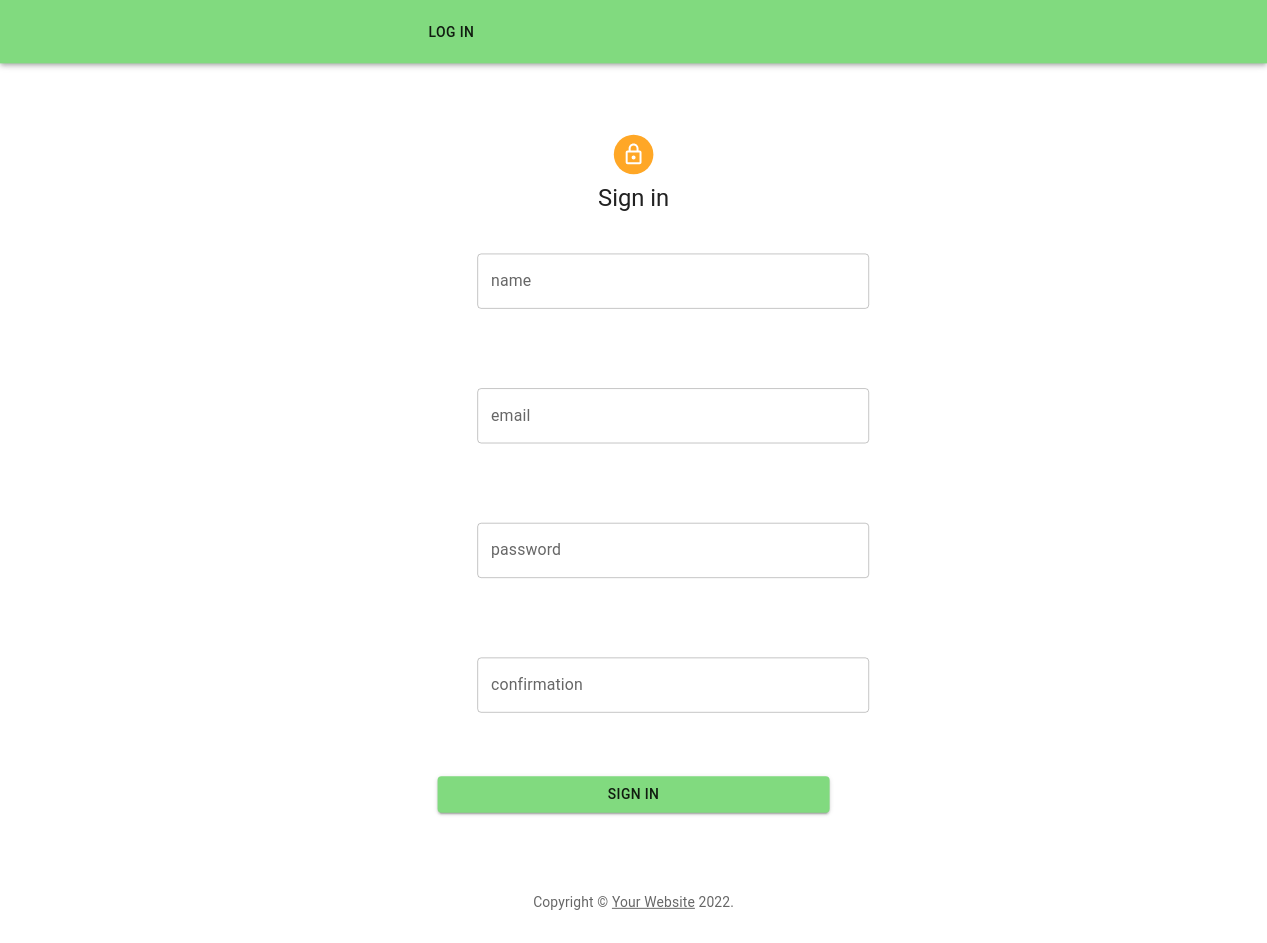
Repository: motohiro0410/motsufood
Page: /signin (app in frontend/)
The author's editor kept a copy of each file at every save. The page is drawn from the files as they stood at one save, then again after the next save.
The browser window is 1280 px wide. The pictures show the whole page, at 99% of full size.
The project was rebuilt for these pictures with package versions that can differ from the ones it lists, and the page was loaded fresh each time. Also part of the build but not shown: frontend/src/components/pages/Login.tsx, frontend/src/components/organisms/Footer.tsx, frontend/src/components/organisms/MainHeader.tsx, frontend/src/components/organisms/UserDetailModal.tsx, frontend/src/apis/useCreateCount.ts, frontend/src/components/pages/Count.tsx, frontend/src/components/pages/Money.tsx, frontend/src/components/organisms/GroupHeader.tsx and 8 more.

Above is the page before, as saved 2022-08-21 23:45:42.

### frontend/src/App.tsx
import { BrowserRouter } from "react-router-dom";

import { Router } from "./router/Router";
import { ThemeProvider } from '@mui/system';
import { theme } from './theme/theme';

import { AdapterDateFns } from '@mui/x-date-pickers/AdapterDateFns';
import { LocalizationProvider } from '@mui/x-date-pickers/LocalizationProvider';
import { HeaderProvider } from "./providers/HeaderProvider"

function App() {
  return (
    <LocalizationProvider dateAdapter={AdapterDateFns}>
      <ThemeProvider theme={theme}>
        <HeaderProvider>
          <BrowserRouter>
            <Router />
          </BrowserRouter>
        </HeaderProvider>
      </ThemeProvider>
    </LocalizationProvider>
  );
}

export default App;

### frontend/src/router/Router.tsx
import { FC, memo } from "react";
import { Switch, Route } from "react-router-dom";

import { Login } from "../components/pages/Login";
import { Count } from "../components/pages/Count";
import { Money } from "../components/pages/Money";
import { Users } from "../components/pages/Users";
import { SignIn } from "../components/pages/SignIn";
import { Page404 } from "../components/pages/Page404";
import { UserEdit } from "../components/pages/UserEdit"
import { InputFoodExpence } from "../components/pages/InputFoodExpence"

export const Router: FC = memo(() => {
  return (
    <Switch>
      <Route exact path="/">
        <Login />
      </Route>
      <Route path="/signin">
        <SignIn />
      </Route>
      <Route path="/users"
        render={({match})=>(
          <Switch>
            <Route exact path="/users" component={Users} />
            <Route path="/users/:id/edit" component={UserEdit} />
            <Route path="/users/:userId/count" component={Count} />
            <Route path="/users/:userId/money" component={Money} />
            <Route path="/users/:userId/input" component={InputFoodExpence} />
          </Switch>
        )}
      />
      <Route path="*">
        <Page404 />
      </Route>
    </Switch>
  )
})

### frontend/src/theme/theme.ts
import { createTheme } from "@mui/material"

export const theme = createTheme({
  palette: {
    primary: {
      main: "#81da7f"
    }
  }
});

### frontend/src/providers/HeaderProvider.tsx
import { createContext } from "react";

export const HeaderContext = createContext<Context[]>({} as Context[]);

export type Context = {
  title: string;
}

export const HeaderProvider = (props: any) => {
  const { children } = props;
  const contextName: Context[] = [
    {title: "ホーム"},
    {title: "食費入力"},
    {title: "支払い"},
    {title: "ユーザー編集"},
  ]



  return (
    <HeaderContext.Provider value={contextName}>
      {children}
    </HeaderContext.Provider>
  )
}

### frontend/src/components/pages/SignIn.tsx
import { useState } from 'react';

import Box from '@mui/material/Box';
import Button from '@mui/material/Button';
import Avatar from '@mui/material/Avatar';
import CssBaseline from '@mui/material/CssBaseline';
import Stack from '@mui/material/Stack';
import TextField from '@mui/material/TextField';
import Link from '@mui/material/Link';
import LockOutlinedIcon from '@mui/icons-material/LockOutlined';
import Typography from '@mui/material/Typography';
import Container from '@mui/material/Container';
import InputLabel from '@mui/material/InputLabel';
import FormControl from '@mui/material/FormControl';
import OutlinedInput from '@mui/material/OutlinedInput';
import InputAdornment from '@mui/material/InputAdornment';

import { SignInHeader } from '../organisms/SignInHeader';
import { useCreateUser } from '../../apis/useCreateUser';

function Copyright(props: any) {
  return (
    <Typography variant="body2" color="text.secondary" align="center" {...props}>
      {'Copyright © '}
      <Link color="inherit" href="https://mui.com/">
        Your Website
      </Link>{' '}
      {new Date().getFullYear()}
      {'.'}
    </Typography>
  );
}

export const SignIn = () => {

  // ヘッダーボタンの出しわけ
  const [login, setLogin] = useState(false);

  const { handleSubmit, createUser } = useCreateUser();

  return (
      <>
        <SignInHeader login={login}/>
        <Container component="main" maxWidth="xs">
          <CssBaseline />
          <Box
            sx={{
              marginTop: 8,
              display: 'flex',
              flexDirection: 'column',
              alignItems: 'center',
            }}
          >
            <Avatar sx={{ m: 1, bgcolor: '#ffa726' }}>
              <LockOutlinedIcon />
            </Avatar>
            <Typography component="h1" variant="h5">
              Sign in
            </Typography>
            <Stack component="form" width="100%" onSubmit={handleSubmit} noValidate >
              {/* <TextField
                margin="normal"
                required
                fullWidth
                id="name"
                label="name"
                name="name"
                autoComplete="name"
                autoFocus
              /> */}
              <FormControl fullWidth sx={{ m: 5 }}>
                <InputLabel htmlFor="outlined-adornment-amount">name</InputLabel>
                <OutlinedInput
                  id="outlined-adornment-amount"
                  label="name"
                  // value={}
                  // onChange={}
                  type="string"
                />
              </FormControl>
              <FormControl fullWidth sx={{ m: 5 }}>
                <InputLabel htmlFor="outlined-adornment-amount">email</InputLabel>
                <OutlinedInput
                  id="outlined-adornment-amount"
                  label="email"
                  // value={}
                  // onChange={}
                  type="string"
                />
              </FormControl>
              <FormControl fullWidth sx={{ m: 5 }}>
                <InputLabel htmlFor="outlined-adornment-amount">password</InputLabel>
                <OutlinedInput
                  id="outlined-adornment-amount"
                  label="password"
                  // value={}
                  // onChange={}
                  type="string"
                />
              </FormControl>
              <FormControl fullWidth sx={{ m: 5 }}>
                <InputLabel htmlFor="outlined-adornment-amount">confirmation</InputLabel>
                <OutlinedInput
                  id="outlined-adornment-amount"
                  label="confirmation"
                  // value={}
                  // onChange={}
                  type="string"
                />
              </FormControl>
              <Button
                type="submit"
                fullWidth
                variant="contained"
                sx={{ mt: 3, mb: 2 }}
                onClick={createUser}
              >
                sign In
              </Button>
            </Stack>
          </Box>
          <Copyright sx={{ mt: 8, mb: 4 }} />
        </Container>
     </>
  );
}

### frontend/src/components/organisms/SignInHeader.tsx
import { FC } from "react";
import {useHistory} from "react-router-dom";

import AppBar from '@mui/material/AppBar';
import Box from '@mui/material/Box';
import Toolbar from '@mui/material/Toolbar';
import Button from '@mui/material/Button';

type Props = {
  login: boolean;
}

export const SignInHeader: FC<Props> = (props) => {

  const history = useHistory();
  const onClickSignIn = () => history.push("/signin")
  const onClickLogIn = () => history.push("/")

  const { login } = props;

  return login?(
    <Box>
      <AppBar position="static" >
        <Toolbar sx={{ ml: 50 }}>
          <Button variant="text" color="inherit" onClick={onClickSignIn}>Sign in</Button>
        </Toolbar>
      </AppBar>
    </Box>
  ) : (
    <Box>
      <AppBar position="static" >
       <Toolbar sx={{ ml: 50 }}>
         <Button variant="text" color="inherit" onClick={onClickLogIn}>Log in</Button>
        </Toolbar>
      </AppBar>
    </Box>
  )
}

### frontend/src/apis/useCreateUser.tsx
import axios from 'axios';
import { useCallback, useState } from 'react';
import { useHistory } from 'react-router-dom';

import { userCreate } from '../urls/Url'
import { User } from '../types/Types'


export const useCreateUser = () => {

  const [data, setData] = useState({});

  const handleSubmit = (event: React.FormEvent<HTMLFormElement>) => {
    event.preventDefault();
    const data = new FormData(event.currentTarget);
    console.log (data)
    setData(data);
    // console.log({
    //   email: data.get('email'),
    //   password: data.get('password'),
    // })
  };

  const [loading, setLoading] = useState(false)
  const [user, setUser] = useState<User>({} as User)

  const history = useHistory();

  const createUser = useCallback(() => {
    setLoading(true)
    axios.post<User>(userCreate)
      .then(res => {
        console.log(res.data)
        // setUser(res.data)
        history.push("/users")
      })
      // 本来はバリデーションエラーメッセージなどを表示
      .catch((e) => alert("ユーザー作成に失敗しました")
      )
      .finally(() => setLoading(false))
    }, []);

    return { handleSubmit, createUser, setLoading, loading, user }
}

### frontend/src/urls/Url.ts
export const DEFAULT_API_LOCALHOST = 'http://localhost:3000/api/v1'

export const usersIndex = `${DEFAULT_API_LOCALHOST}/users`
export const userEdit = (id: string) => `${DEFAULT_API_LOCALHOST}/users/${id}/edit`
export const userDestroy = (id: string) => `${DEFAULT_API_LOCALHOST}/users/${id}`
export const userCreate = `${DEFAULT_API_LOCALHOST}/users`
export const userUpdate = (id: string) => `${DEFAULT_API_LOCALHOST}/users/${id}`
export const moneyCreate = (userId: number) => `${DEFAULT_API_LOCALHOST}/users/${userId}/money`
export const notEatingCountCreate = (userId: number) => `${DEFAULT_API_LOCALHOST}/users/${userId}/count`
export const inputCreate = (userId: number) => `${DEFAULT_API_LOCALHOST}/users/${userId}/input`

Loaded but not shown: frontend/public/index.html (common file); frontend/src/index.tsx (common file); frontend/src/index.css (common file); frontend/src/reportWebVitals.ts (common file)

After the next save:
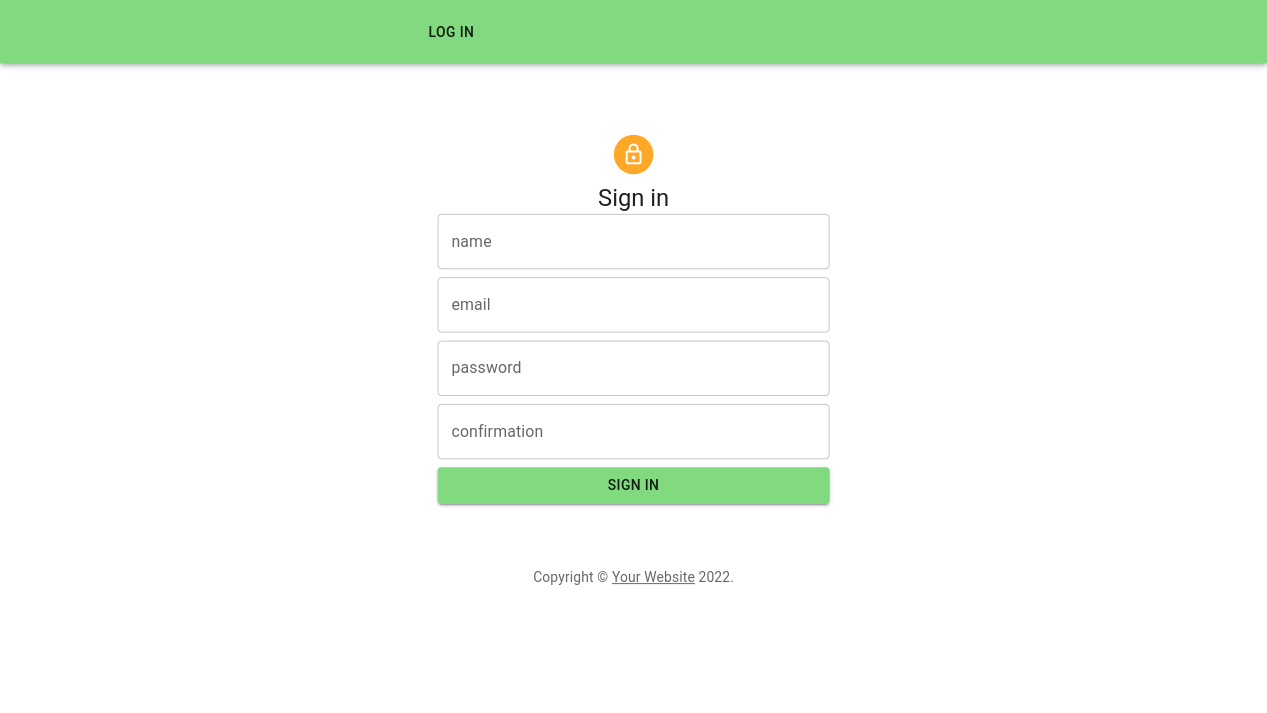
Saved 17 s later.
--- a/frontend/src/components/pages/SignIn.tsx
+++ b/frontend/src/components/pages/SignIn.tsx
@@ -57,7 +57,7 @@ export const SignIn = () => {
             <Typography component="h1" variant="h5">
               Sign in
             </Typography>
-            <Stack component="form" width="100%" onSubmit={handleSubmit} noValidate >
+            <Stack component="form" width="100%" onSubmit={handleSubmit} noValidate spacing={1} >
               {/* <TextField
                 margin="normal"
                 required
